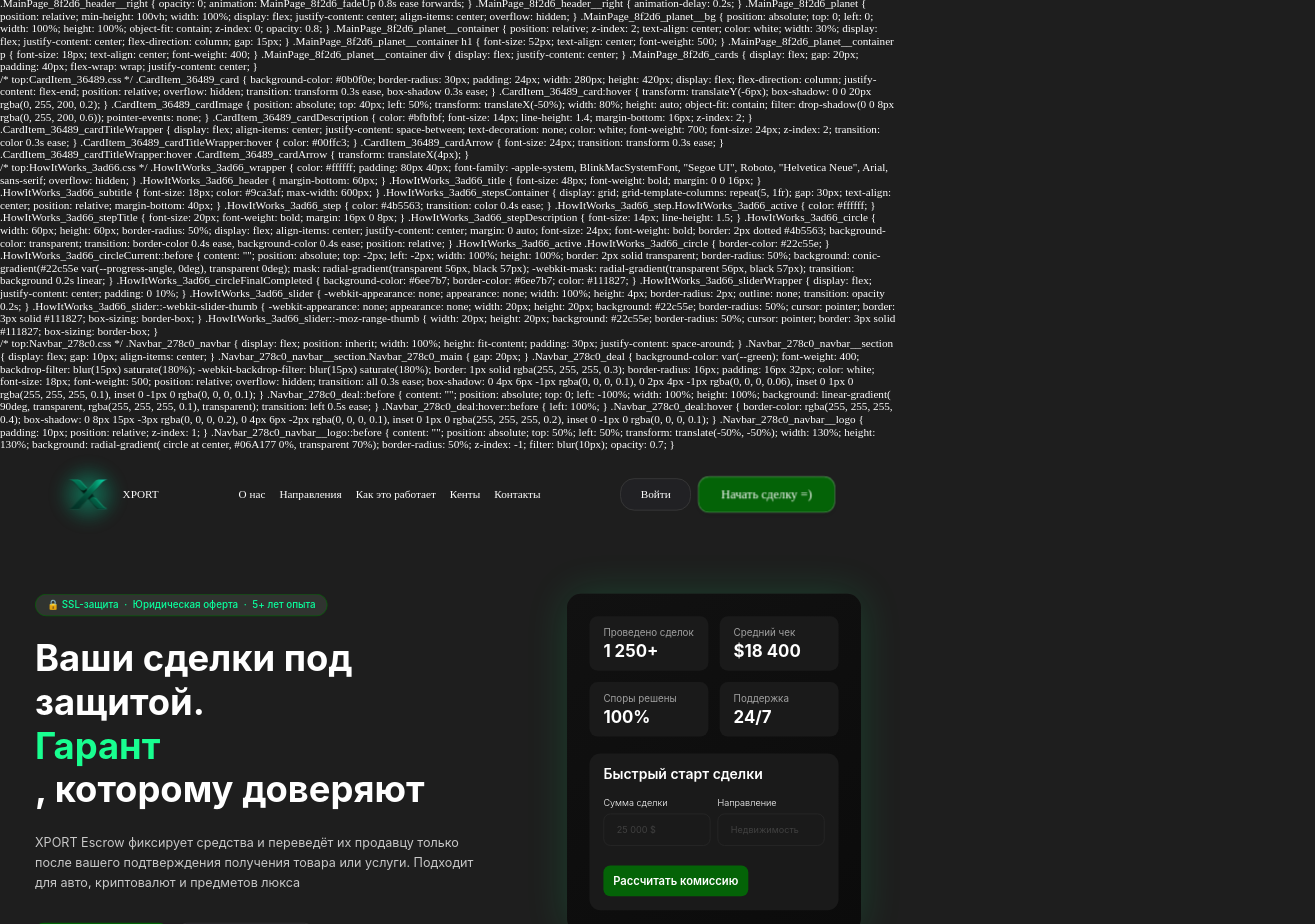
Repository: 1mpuryyyyy/x-port
Page: /x-port/
An editor plug-in stored every save of this project. The page is shown before and after a run of saves, followed by the edit.
The browser window is 1280 px wide. The page is 1879 px wide, so the pictures cover 1879 px, including what lies to the right of the window. The pictures show the part of the page from y = 1516 to 2836 px (the page is 5154 px tall before and 5190 px after), at 70% of full size.
The project was rebuilt for these pictures with package versions that can differ from the ones it lists, and the page was loaded fresh each time. Also part of the build but not shown: vite.config.js.

Above is the page before, as saved 2025-10-09 03:48:54.

After the next 2 saves:
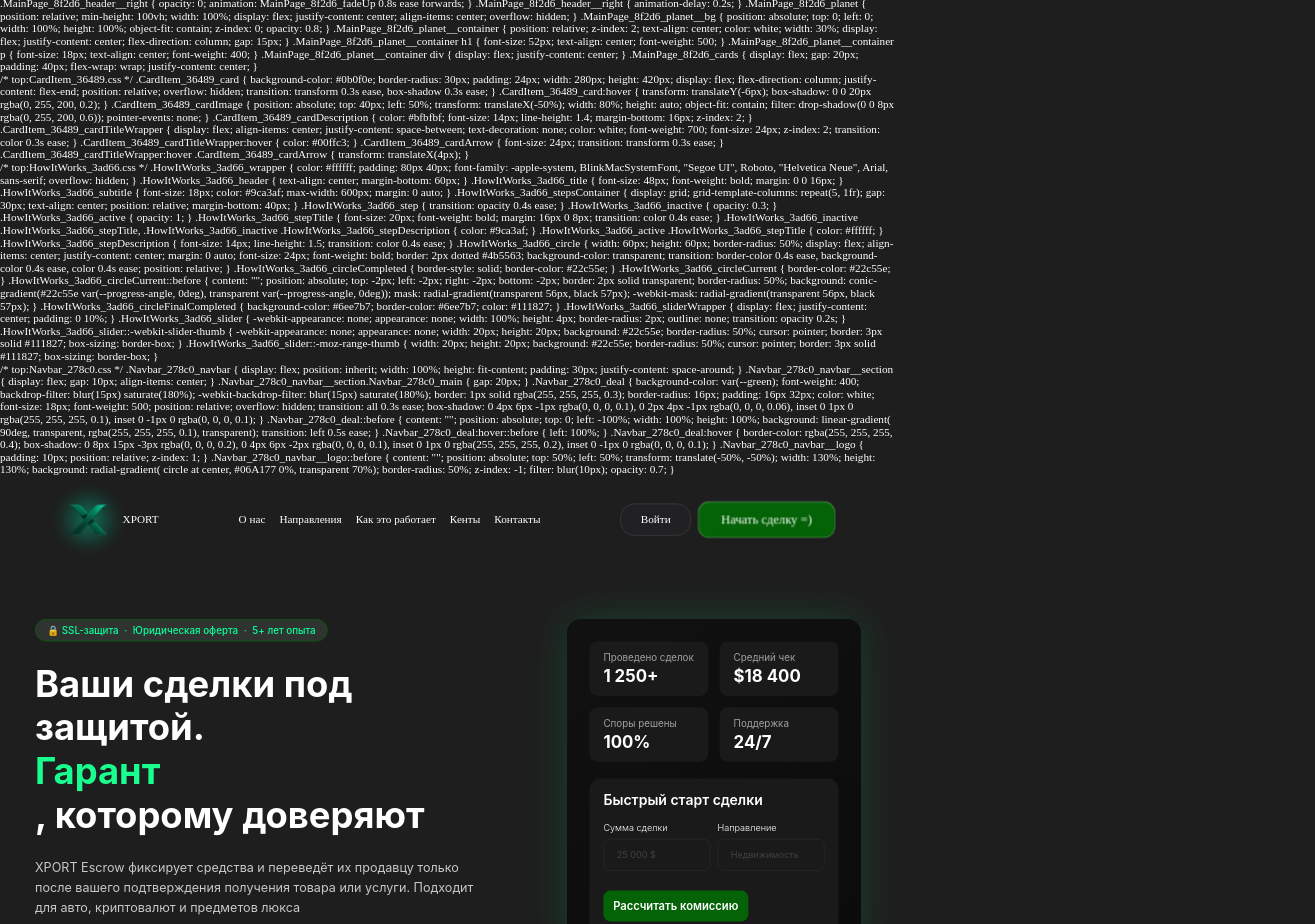
The 2 saves are shown as one change because they came seconds apart.
The last was saved 24 s later.
--- a/src/components/HowItWorks/HowItWorks.module.css
+++ b/src/components/HowItWorks/HowItWorks.module.css
@@ -1,7 +1,6 @@
-/* Общая обертка для компонента */
+/* Общая обертка для компонента. Убедитесь, что фон задан! */
 .wrapper {
     color: #ffffff;
-    /* Белый текст по умолчанию */
     padding: 80px 40px;
     font-family: -apple-system, BlinkMacSystemFont, 'Segoe UI', Roboto, 'Helvetica Neue', Arial, sans-serif;
     overflow: hidden;
@@ -9,6 +8,8 @@
 
 /* Заголовок и подзаголовок */
 .header {
+    text-align: center;
+    /* Центрируем заголовок */
     margin-bottom: 60px;
 }
 
@@ -21,8 +22,9 @@
 .subtitle {
     font-size: 18px;
     color: #9ca3af;
-    /* Светло-серый для подзаголовка */
     max-width: 600px;
+    margin: 0 auto;
+    /* Центрируем подзаголовок */
 }
 
 /* Контейнер для шагов */
@@ -37,25 +39,41 @@
 
 /* Стили для отдельного шага */
 .step {
-    color: #4b5563;
-    /* Неактивный цвет (темно-серый) */
-    transition: color 0.4s ease;
+    transition: opacity 0.4s ease;
 }
 
-.step.active {
-    color: #ffffff;
-    /* Активный цвет (белый) */
+/* Неактивные шаги делаем полупрозрачными */
+.inactive {
+    opacity: 0.3;
+}
+
+/* Активные и пройденные шаги делаем полностью видимыми */
+.active {
+    opacity: 1;
 }
 
 .stepTitle {
     font-size: 20px;
     font-weight: bold;
     margin: 16px 0 8px;
+    transition: color 0.4s ease;
+}
+
+.inactive .stepTitle,
+.inactive .stepDescription {
+    color: #9ca3af;
+    /* Делаем текст неактивных шагов серым */
+}
+
+.active .stepTitle {
+    color: #ffffff;
+    /* Белый текст для активных */
 }
 
 .stepDescription {
     font-size: 14px;
     line-height: 1.5;
+    transition: color 0.4s ease;
 }
 
 /* Стили для кругов с номерами */
@@ -70,83 +88,75 @@
     font-size: 24px;
     font-weight: bold;
     border: 2px dotted #4b5563;
-    /* Неактивная граница */
     background-color: transparent;
-    transition: border-color 0.4s ease, background-color 0.4s ease;
+    transition: border-color 0.4s ease, background-color 0.4s ease, color 0.4s ease;
     position: relative;
 }
 
-.active .circle {
+/* Стили для кругов, которые уже пройдены */
+.circleCompleted {
+    border-style: solid;
     border-color: #22c55e;
-    /* Активный цвет границы (зеленый) */
 }
 
-/* Анимация заполнения границы для текущего активного шага */
+/* Анимация заполнения границы для ТЕКУЩЕГО шага */
+.circleCurrent {
+    border-color: #22c55e;
+    /* Граница становится зеленой */
+}
+
 .circleCurrent::before {
     content: '';
     position: absolute;
     top: -2px;
     left: -2px;
-    width: 100%;
-    height: 100%;
+    right: -2px;
+    bottom: -2px;
     border: 2px solid transparent;
     border-radius: 50%;
-    /* --progress-angle будет установлено через inline-style в React */
-    background: conic-gradient(#22c55e var(--progress-angle, 0deg), transparent 0deg);
-    /* Маска, чтобы сделать эффект обводки, а не сектора */
+    /* --progress-angle устанавливается в JSX */
+    background: conic-gradient(#22c55e var(--progress-angle, 0deg), transparent var(--progress-angle, 0deg));
+    /* Эта маска создает эффект обводки, а не сектора */
     mask: radial-gradient(transparent 56px, black 57px);
     -webkit-mask: radial-gradient(transparent 56px, black 57px);
-    /* Плавный переход для анимации */
-    transition: background 0.2s linear;
 }
 
-
-/* Стиль для последнего шага, когда он полностью завершен */
+/* Стиль для ПОСЛЕДНЕГО шага, когда он ПОЛНОСТЬЮ завершен */
 .circleFinalCompleted {
     background-color: #6ee7b7;
-    /* Светло-зеленый фон */
     border-color: #6ee7b7;
     color: #111827;
-    /* Темный текст на светлом фоне */
 }
 
-/* Обертка для слайдера */
+/* Слайдер остается без изменений */
 .sliderWrapper {
     display: flex;
     justify-content: center;
     padding: 0 10%;
-    /* Отступы по бокам, чтобы слайдер не касался краев */
 }
 
-/* Стилизация слайдера */
 .slider {
     -webkit-appearance: none;
     appearance: none;
     width: 100%;
     height: 4px;
-    /* Толщина полосы */
     border-radius: 2px;
     outline: none;
     transition: opacity 0.2s;
-    /* Стиль для трека будет применен через inline-style */
 }
 
-/* Стилизация ползунка (thumb) для Webkit (Chrome, Safari) */
 .slider::-webkit-slider-thumb {
     -webkit-appearance: none;
     appearance: none;
     width: 20px;
     height: 20px;
     background: #22c55e;
-    /* Зеленый цвет ползунка */
     border-radius: 50%;
     cursor: pointer;
     border: 3px solid #111827;
-    /* Обводка для "утопленного" эффекта */
     box-sizing: border-box;
 }
 
-/* Стилизация ползунка для Mozilla (Firefox) */
 .slider::-moz-range-thumb {
     width: 20px;
     height: 20px;
